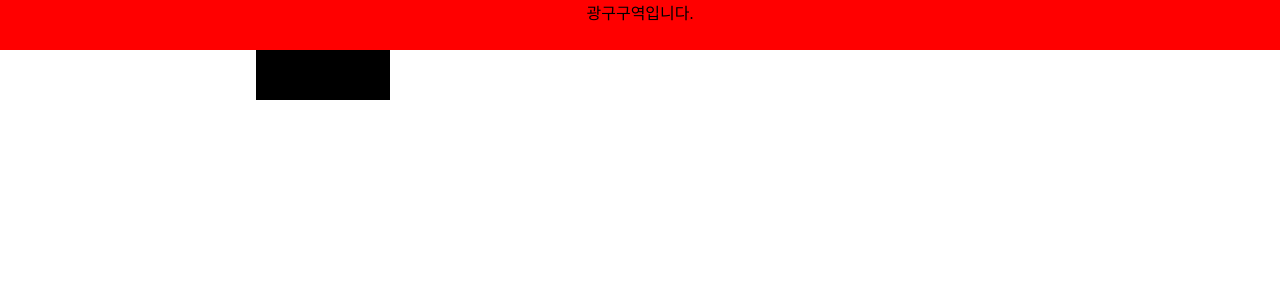
Repository: leehyeonung/myproject
Page: http://localhost/myproject/
An editor plug-in stored every save of this project. The page is shown before and after the next save, followed by the edit.
The browser window is 1280 px wide. The pictures show the whole page.
The page is served by Tomcat 9.

Above is the page before, as saved 2023-03-15 12:34:21.

### myproject/src/main/webapp/index.jsp
<%@ page language="java" contentType="text/html; charset=EUC-KR"
    pageEncoding="EUC-KR"%>
<!DOCTYPE html>
<html>
<head>
<meta charset="EUC-KR">
<title>index</title>
</head>
<body>
<jsp:include page="header.jsp"></jsp:include>
<section>

</section>
<jsp:include page="footer.jsp"></jsp:include>
</body>
</html>

### myproject/src/main/webapp/header.jsp
<%@ page language="java" contentType="text/html; charset=EUC-KR"
    pageEncoding="EUC-KR"%>
<!DOCTYPE html>
<html>
<head>
<script type="text/javascript" src="/resuorces/js/ad.js"></script>
<meta charset="EUC-KR">
<title>header</title>
<link rel="stylesheet" type="text/css" href="/resources/css/header.css">
</head>
<body>
<div class="ad">
광구구역입니다.
</div>

<header>
<div class="searchbox">
로고 네이버 검색창~
</div>

<nav>
</nav>
</header>
</body>
</html>

### myproject/src/main/webapp/footer.jsp
<%@ page language="java" contentType="text/html; charset=EUC-KR"
    pageEncoding="EUC-KR"%>
<!DOCTYPE html>
<html>
<head>
<meta charset="EUC-KR">
<title>footer</title>
</head>
<body>

</body>
</html>

### myproject/src/main/webapp/resources/js/ad.js
function close_ad() {
    document.getElementById("ad").style.display='none';
}

### myproject/src/main/webapp/resources/css/header.css
*{
	text-align:center;
	margin: 0px;
	padding: 0px;
	position:fixed;
	left: 20%;
}

header{
	width:60%;
	top:50px;
	heigt:200px;
}


.ad{
	left:0px;
	top:0px;
	width:100%;
	height: 50px;
	background-color: red;
}
.searchbox{
	top:50px;
	margin:0px;
	height: 50px;
	background-color: black;
}

After the next save:
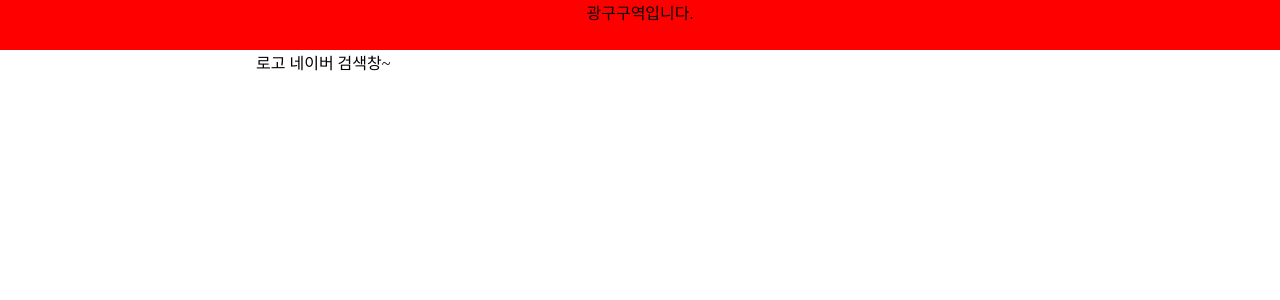
Saved 8 s later.
--- a/myproject/src/main/webapp/resources/css/header.css
+++ b/myproject/src/main/webapp/resources/css/header.css
@@ -10,6 +10,7 @@ header{
 	width:60%;
 	top:50px;
 	heigt:200px;
+	background-color: black;
 }
 
 
@@ -24,5 +25,5 @@ header{
 	top:50px;
 	margin:0px;
 	height: 50px;
-	background-color: black;
+
 }
